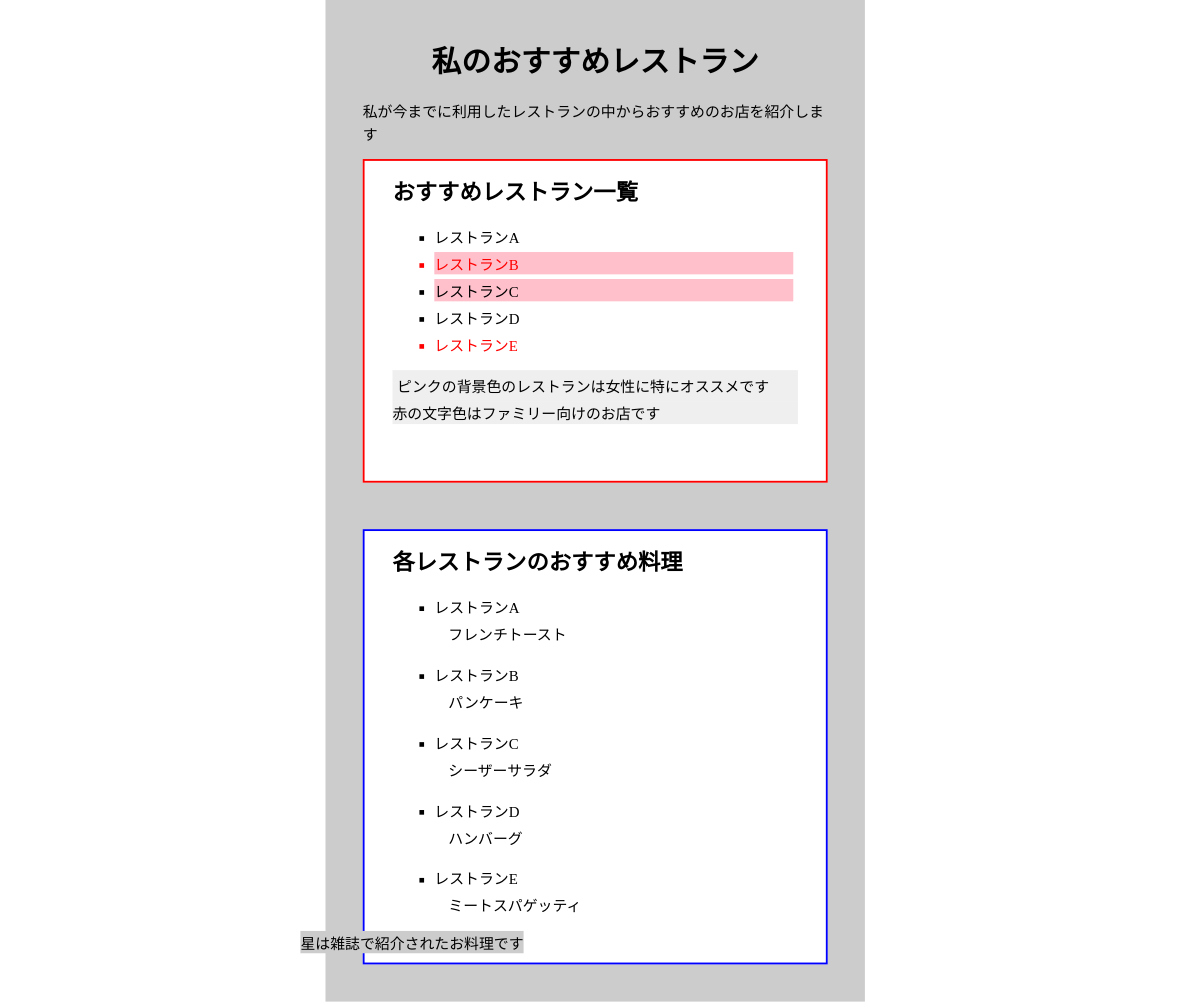
Repository: tsubasa2/restaurant
Page: 2021.2.html
The author's editor kept a record of every edit. The page is drawn from the files as they stood at one moment, then again after the next edit.
The browser window is 1280 px wide. The pictures show the whole page, at 93% of full size.

Above is the page before.

After the next edit:
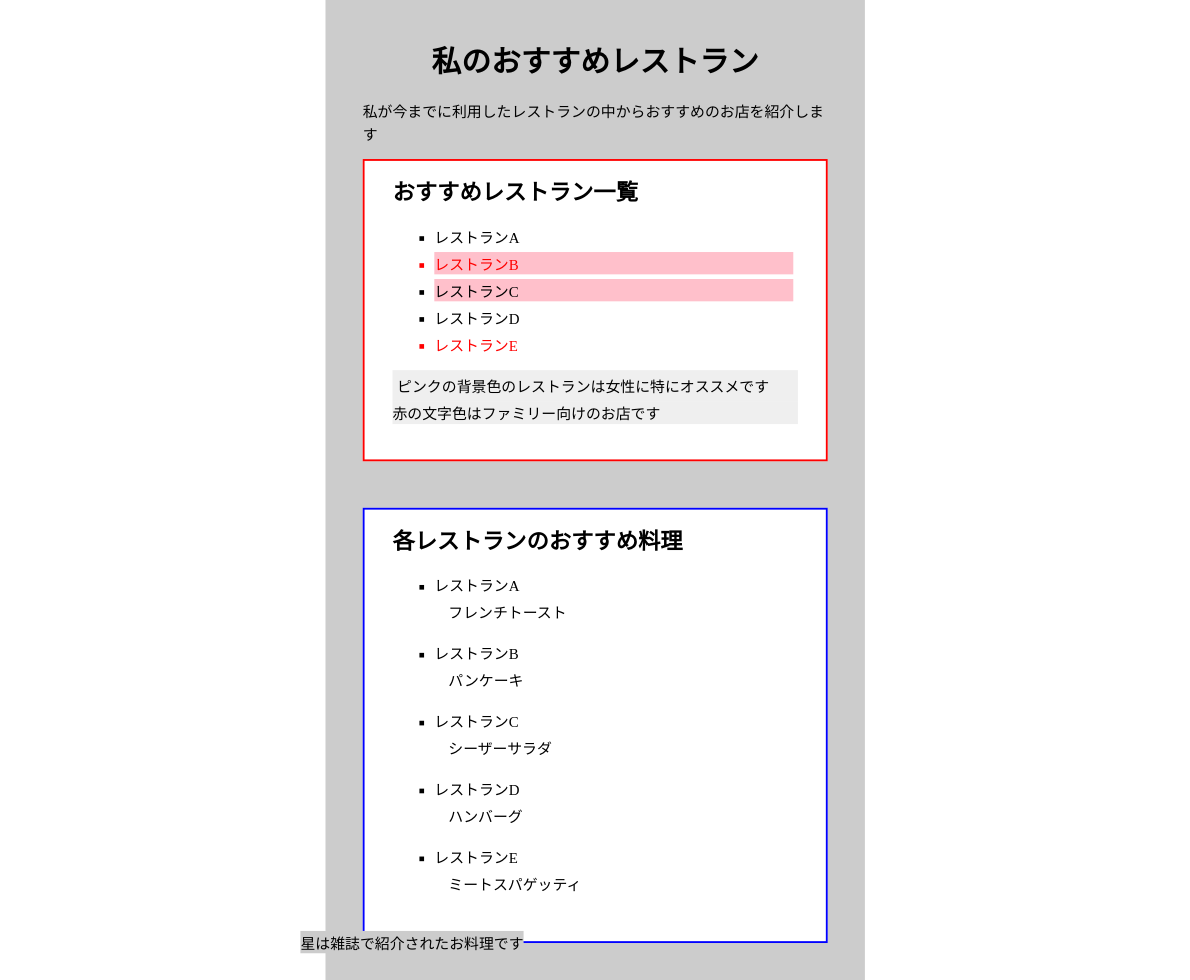
The edit:
--- a/style.css
+++ b/style.css
@@ -19,7 +19,7 @@
 
 div#restraunt-list {
     border: solid 2px red;
-    height: 300px;
+    height: 277px;
     background-color: white;
     padding: 30px;
     padding-top: 14px;
